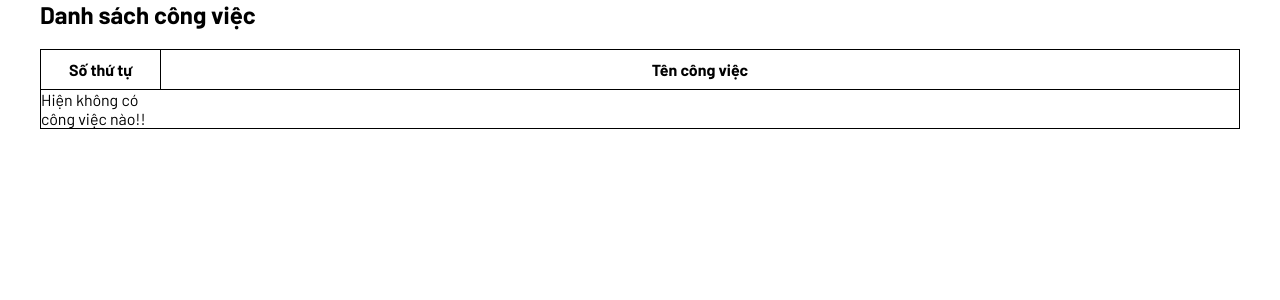
Repository: OkazakiTruong/searchReact
Page: /
An editor plug-in stored every save of this project. The page is shown before and after the next save, followed by the edit.
The browser window is 1280 px wide. The pictures show the whole page.
The page's requests for data from a server got no answer. The project was rebuilt for these pictures with package versions that can differ from the ones it lists, and the page was loaded fresh each time. No one was signed in, and anything a server would have sent is missing. Also part of the build but not shown: vite.config.js.

Above is the page before, as saved 2024-01-11 13:57:54.

### src/App.jsx
import React from "react";
import { SearchAppContainer } from "./SearchApp/SearchAppContainer";

export const App = () => {
  return (
    <div className="app">
      <SearchAppContainer />
    </div>
  );
};

### src/index.css
@import url("https://fonts.googleapis.com");
@import url("https://fonts.gstatic.com");
@import url("https://fonts.googleapis.com/css2?family=Barlow:ital,wght@0,100;0,200;0,300;0,400;0,500;0,600;0,700;0,800;0,900;1,100;1,200;1,300;1,400;1,500;1,600;1,700;1,800;1,900&display=swap");

* {
  padding: 0;
  margin: 0;
  box-sizing: border-box;
}

body {
  font-family: "Barlow", sans-serif;
}

.app {
  max-width: 1250px;
  padding: 0 25px;
  margin: 0 auto;
}

### src/SearchApp/SearchAppContainer.jsx
import React, { useCallback, useEffect, useState } from "react";
import { ListTodo } from "./Todo/ListTodo";

export const SearchAppContainer = () => {
  const [todos, setTodos] = useState(null);
  useEffect(() => {
    //fetch api
    fetch("https://jsonplaceholder.typicode.com/todos?_page=1", {
      method: "GET",
      headers: {
        "Content-type": "application/json",
      },
    })
      .then((response) => response.json())
      .then((data) => {
        setTodos(data);
      });
  }, []);
  return (
    <div>
      <ListTodo todos={todos} />
    </div>
  );
};

### src/SearchApp/Todo/ListTodo.jsx
import React from "react";
import "./listTodo.css";

export const ListTodo = ({ todos }) => {
  return (
    <>
      <h2>Danh sách công việc</h2>
      <table>
        <tbody>
          <tr>
            <th className="numerical-order">Số thứ tự</th>
            <th className="todo-name">Tên công việc</th>
          </tr>
          {!todos
            ? "Hiện không có công việc nào!!"
            : todos.map((todo, index) => (
                <tr>
                  <td>{++index}</td>
                  <td>{todo.title}</td>
                </tr>
              ))}
        </tbody>
      </table>
    </>
  );
};

### src/SearchApp/Todo/listTodo.css
table {
  width: 100%;
}
table,
th,
td {
  border: 1px solid;
  border-collapse: collapse;
}
th,
td {
  padding: 10px;
}

th.todo-name {
  width: 90%;
}
th.numeric-order {
  width: 10%;
}

h2 {
  margin-bottom: 20px;
}

Loaded but not shown: index.html (common file); src/main.jsx (common file)

After the next save:
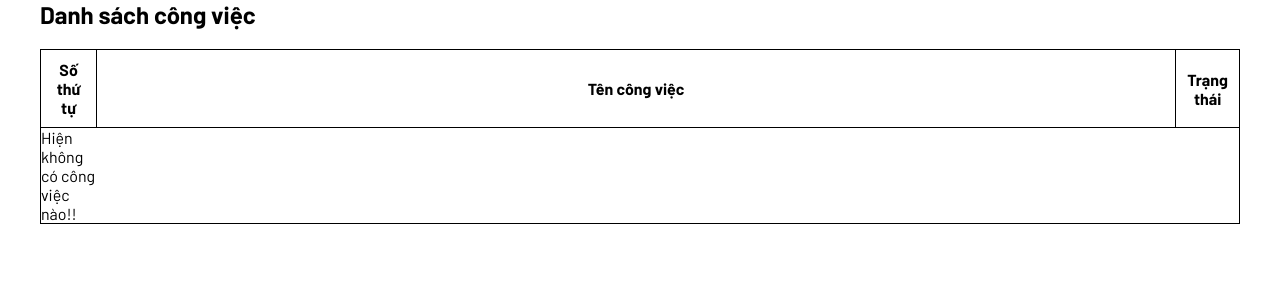
Saved 2 min 32 s later.
--- a/src/SearchApp/Todo/ListTodo.jsx
+++ b/src/SearchApp/Todo/ListTodo.jsx
@@ -10,6 +10,7 @@ export const ListTodo = ({ todos }) => {
           <tr>
             <th className="numerical-order">Số thứ tự</th>
             <th className="todo-name">Tên công việc</th>
+            <th className="status">Trạng thái</th>
           </tr>
           {!todos
             ? "Hiện không có công việc nào!!"
@@ -17,6 +18,7 @@ export const ListTodo = ({ todos }) => {
                 <tr>
                   <td>{++index}</td>
                   <td>{todo.title}</td>
+                  <td>{todo.completed}</td>
                 </tr>
               ))}
         </tbody>
